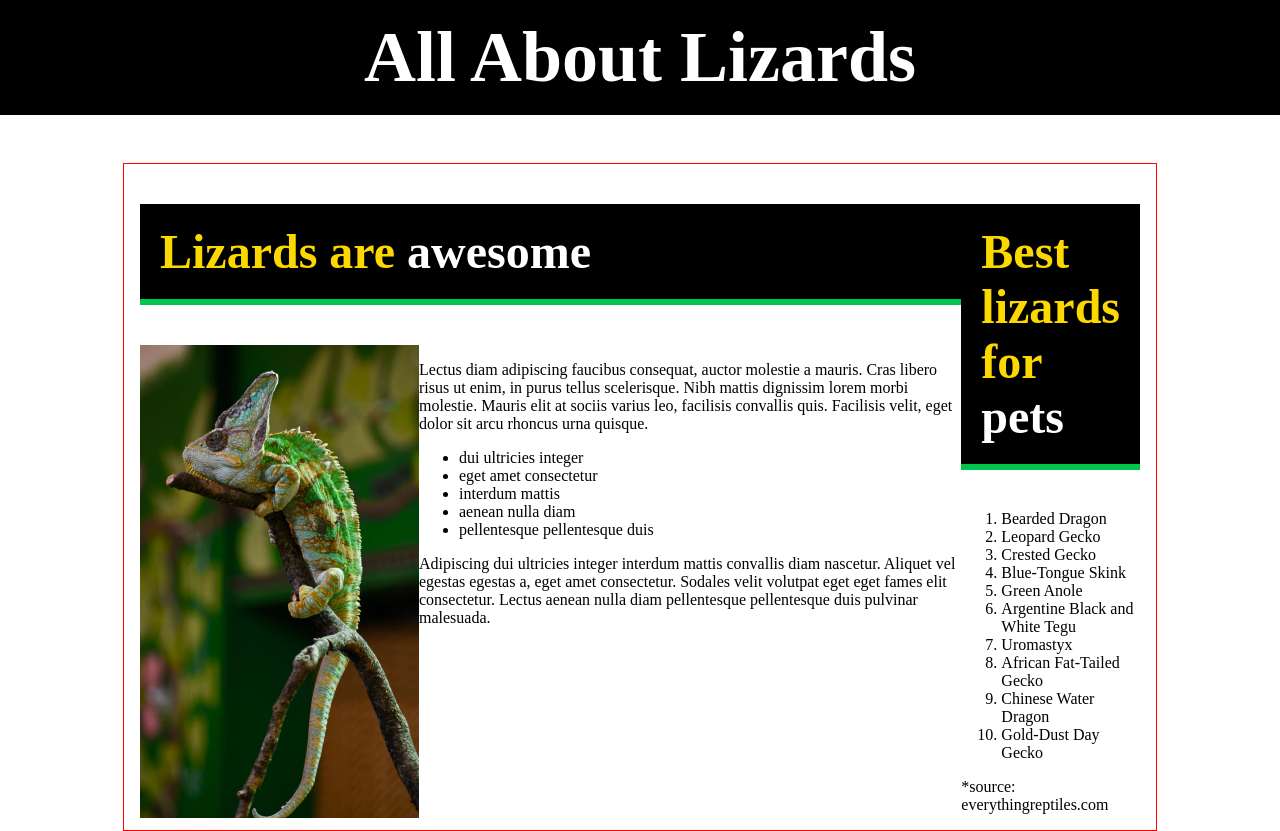
Repository: Doumham-Armah/lizards-landing--page
Page: index.html
The author's editor kept a copy of each file at every save. The page is drawn from the files as they stood at one save, then again after the next save.
The browser window is 1280 px wide. The pictures show the whole page.

Above is the page before, as saved 2021-08-10 15:12:35.

### index.html
<!DOCTYPE html>
<html>
  <head>
    <title>All about lizards</title>
    <link href="css/style.css" rel="stylesheet" />
  </head>
  <body>
    <header>
      <h1>All About Lizards</h1>
    </header>

    <main>
      <div class="container">
        <div class="columns">
          <section class="main-content">
            <h2 class="subhead">
              Lizards are <span class="white-text">awesome</span>
            </h2>

            <div class="columns">
              <div class="col-left">
                <img
                  src="images/chameleon.jpg"
                  alt="a chameleon climbing a branch"
                />
              </div>

              <div class="col-right">
                <p>
                  Lectus diam adipiscing faucibus consequat, auctor molestie a
                  mauris. Cras libero risus ut enim, in purus tellus
                  scelerisque. Nibh mattis dignissim lorem morbi molestie.
                  Mauris elit at sociis varius leo, facilisis convallis quis.
                  Facilisis velit, eget dolor sit arcu rhoncus urna quisque.
                </p>

                <!-- insert the unordered list here -->
                <ul>
                  <li>dui ultricies integer</li>
                  <li>eget amet consectetur</li>
                  <li>interdum mattis</li>
                  <li>aenean nulla diam</li>
                  <li>pellentesque pellentesque duis</li>
                </ul>

                <p>
                  Adipiscing dui ultricies integer interdum mattis convallis
                  diam nascetur. Aliquet vel egestas egestas a, eget amet
                  consectetur. Sodales velit volutpat eget eget fames elit
                  consectetur. Lectus aenean nulla diam pellentesque
                  pellentesque duis pulvinar malesuada.
                </p>
              </div>
            </div>
          </section>

          <aside class="sidebar">
            <h2 class="subhead">
              Best lizards for <span class="white-text">pets</span>
            </h2>
            <!-- insert the ordered list here -->
            <ol>
              <li>Bearded Dragon</li>
              <li>Leopard Gecko</li>
              <li>Crested Gecko</li>
              <li>Blue-Tongue Skink</li>
              <li>Green Anole</li>
              <li>Argentine Black and White Tegu</li>
              <li>Uromastyx</li>
              <li>African Fat-Tailed Gecko</li>
              <li>Chinese Water Dragon</li>
              <li>Gold-Dust Day Gecko</li>
            </ol>
            <p>*source: everythingreptiles.com</p>
          </aside>
        </div>
        <!-- close columns -->
      </div>
      <!-- close container -->
    </main>
  </body>
</html>

### css/style.css
body {
  margin: 0;
}

h1 {
  background-color: black;
  color: white;
  text-align: center;
  padding: 1rem 0rem;
  margin-top: 0;
  font-size: 4.5rem;
}

.subhead {
  background-color: black;
  color: #fcd801;
  font-size: 3rem;
  padding: 1.25rem;
  border-bottom: 0.4rem #00c54c solid;
}

.white-text {
  color: white;
}

.container {
  border: 1px solid red;
  max-width: 62.5rem;
  margin: 0 auto;
  padding: 0rem 1rem;
}

.columns {
  display: flex;
}

After the next save:
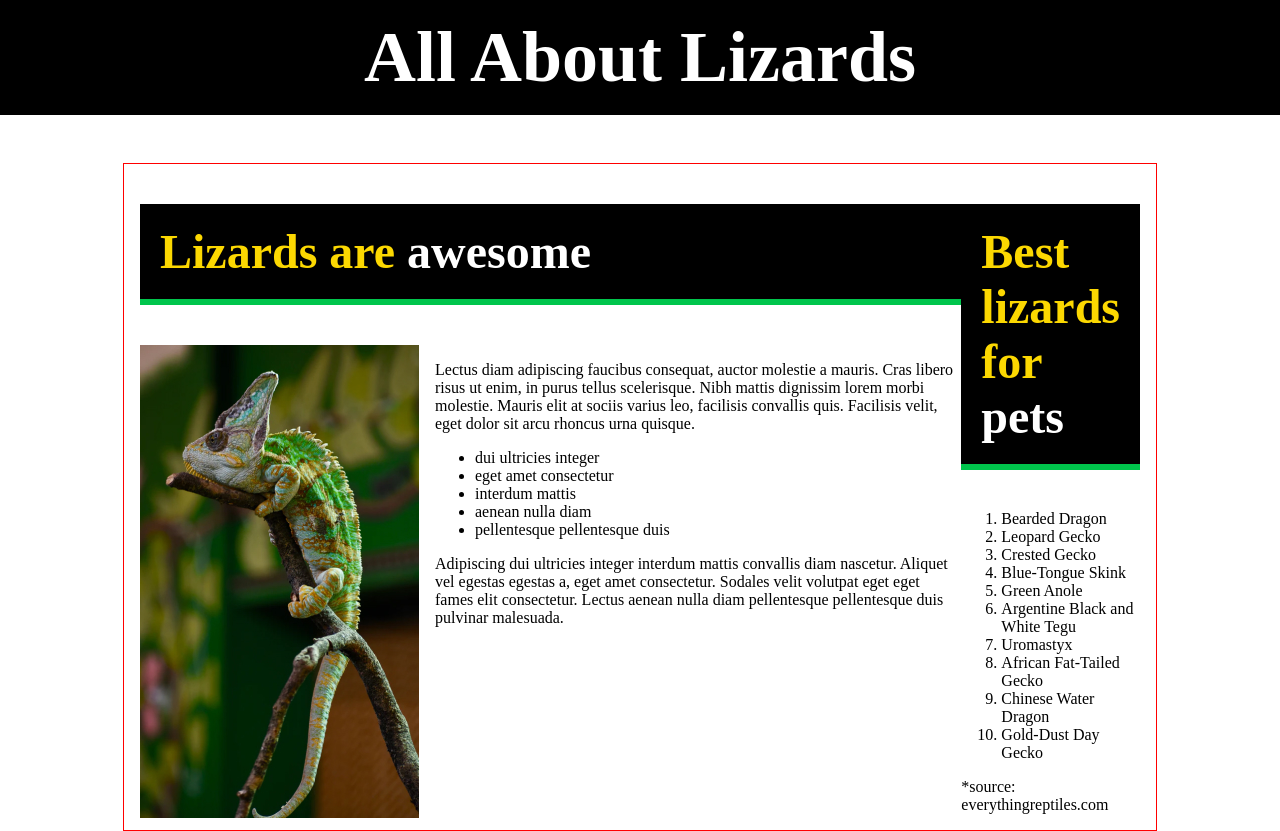
Saved 78 s later.
--- a/css/style.css
+++ b/css/style.css
@@ -33,3 +33,7 @@ h1 {
 .columns {
   display: flex;
 }
+
+.col-right {
+  margin-left: 1rem;
+}
